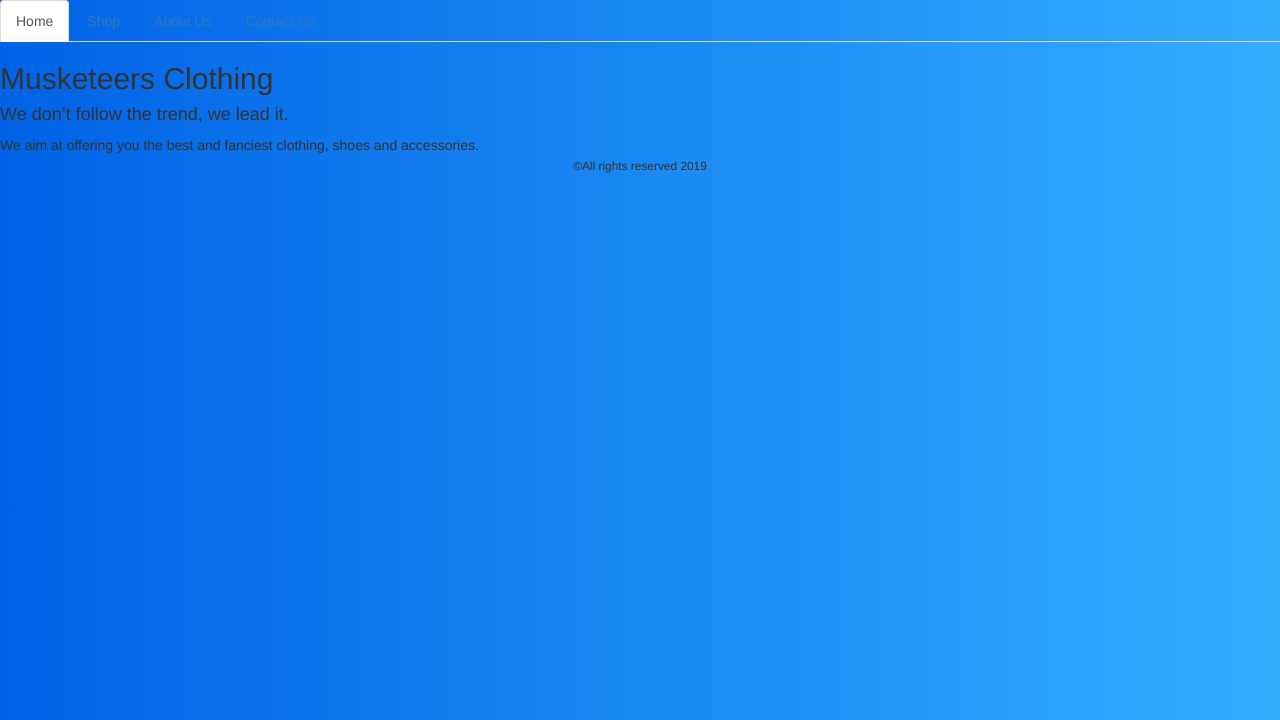
Repository: hamadanoor9/musketeers
Page: http://localhost/MusketeersClothing/WEB-INF/jsp/Home.jsp
These files come from the project's save history. The page is drawn as it stood at one moment and after the next save; the edit follows.
The browser window is 1280 px wide. The pictures show the whole page.
The page is served by Tomcat 9. Nobody is signed in. Other server files are loaded and not shown. The template is opened directly, without the code that normally fills it, so the values that code supplies are empty.

Above is the page before, as saved 2019-10-07 02:03:43.

### MusketeersClothing/WebContent/WEB-INF/jsp/Home.jsp
<%@ page language="java" contentType="text/html; charset=UTF-8"
    pageEncoding="UTF-8"%>

	<jsp:include page="Header.jsp" />
<h2>Musketeers Clothing</h2>
<h4>We don’t follow the trend, we lead it.</h4>
We aim at offering you the best and fanciest clothing, shoes and accessories.
	<jsp:include page="Footer.jsp" />

### MusketeersClothing/WebContent/WEB-INF/jsp/Header.jsp
<%@ page language="java" contentType="text/html; charset=UTF-8"
    pageEncoding="UTF-8"%>

<!doctype html>
<html lang="en">
  <head>
    <meta charset="UTF-8">
    <meta http-equiv="X-UA-Compatible" content="IE=edge">
    <meta name="viewport" content="width=device-width, initial-scale=1">
    <title>Menu | Musketeers Clothing</title>


    <link rel="stylesheet" href="https://stackpath.bootstrapcdn.com/bootstrap/3.4.1/css/bootstrap.min.css" integrity="sha384-HSMxcRTRxnN+Bdg0JdbxYKrThecOKuH5zCYotlSAcp1+c8xmyTe9GYg1l9a69psu" crossorigin="anonymous">
	<link rel="stylesheet" href="./css/mystyle.css">

  </head>
  <body>
    <ul class="nav nav-tabs">
	  <li role="presentation" class="active"><a href="/MusketeersClothing">Home</a></li>
	  <li role="presentation"><a href="/MusketeersClothing/purchase">Shop</a></li>
	  <li role="presentation"><a href="/MusketeersClothing/aboutus">About Us</a></li>
	  <li role="presentation"><a href="/MusketeersClothing/contactus">Contact Us</a></li>

	</ul>

### MusketeersClothing/WebContent/WEB-INF/jsp/Footer.jsp

<footer id="sticky-footer" class="py-4 bg-dark text-white-50">
    <div class="container text-center">
      <small>&copy;All rights reserved 2019</small>
    </div>
  </footer>




<!-- jQuery (necessary for Bootstrap's JavaScript plugins) -->
    <script src="https://code.jquery.com/jquery-1.12.4.min.js" integrity="sha384-nvAa0+6Qg9clwYCGGPpDQLVpLNn0fRaROjHqs13t4Ggj3Ez50XnGQqc/r8MhnRDZ" crossorigin="anonymous"></script>
    <!-- Include all compiled plugins (below), or include individual files as needed -->
    <script src="https://stackpath.bootstrapcdn.com/bootstrap/3.4.1/js/bootstrap.min.js" integrity="sha384-aJ21OjlMXNL5UyIl/XNwTMqvzeRMZH2w8c5cRVpzpU8Y5bApTppSuUkhZXN0VxHd" crossorigin="anonymous"></script>
  </body>
</html>
</body>
</html>

### MusketeersClothing/WebContent/css/mystyle.css
html,
body {
  height: 100%;
}

#page-content {
  flex: 1 0 auto;
}

#sticky-footer {
  flex-shrink: none;
}

/* Other Classes for Page Styling */

body {
  background: #007bff;
  background: linear-gradient(to right, #0062E6, #33AEFF);
}
h1{
	color : white;
}

After the next save:
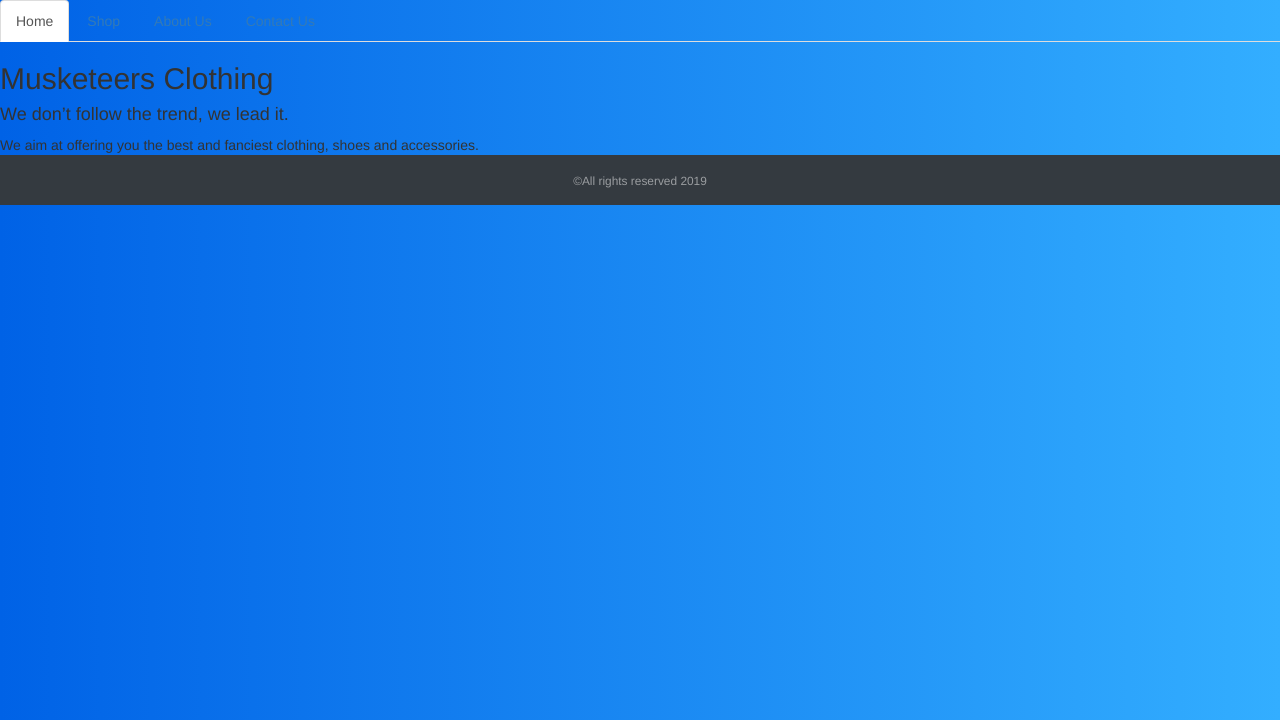
Saved 89 s later.
--- a/MusketeersClothing/WebContent/WEB-INF/jsp/Header.jsp
+++ b/MusketeersClothing/WebContent/WEB-INF/jsp/Header.jsp
@@ -10,6 +10,7 @@
     <title>Menu | Musketeers Clothing</title>
 
 
+   <link rel="stylesheet" href="https://stackpath.bootstrapcdn.com/bootstrap/4.3.1/css/bootstrap.min.css" integrity="sha384-ggOyR0iXCbMQv3Xipma34MD+dH/1fQ784/j6cY/iJTQUOhcWr7x9JvoRxT2MZw1T" crossorigin="anonymous">
     <link rel="stylesheet" href="https://stackpath.bootstrapcdn.com/bootstrap/3.4.1/css/bootstrap.min.css" integrity="sha384-HSMxcRTRxnN+Bdg0JdbxYKrThecOKuH5zCYotlSAcp1+c8xmyTe9GYg1l9a69psu" crossorigin="anonymous">
 	<link rel="stylesheet" href="./css/mystyle.css">
 
